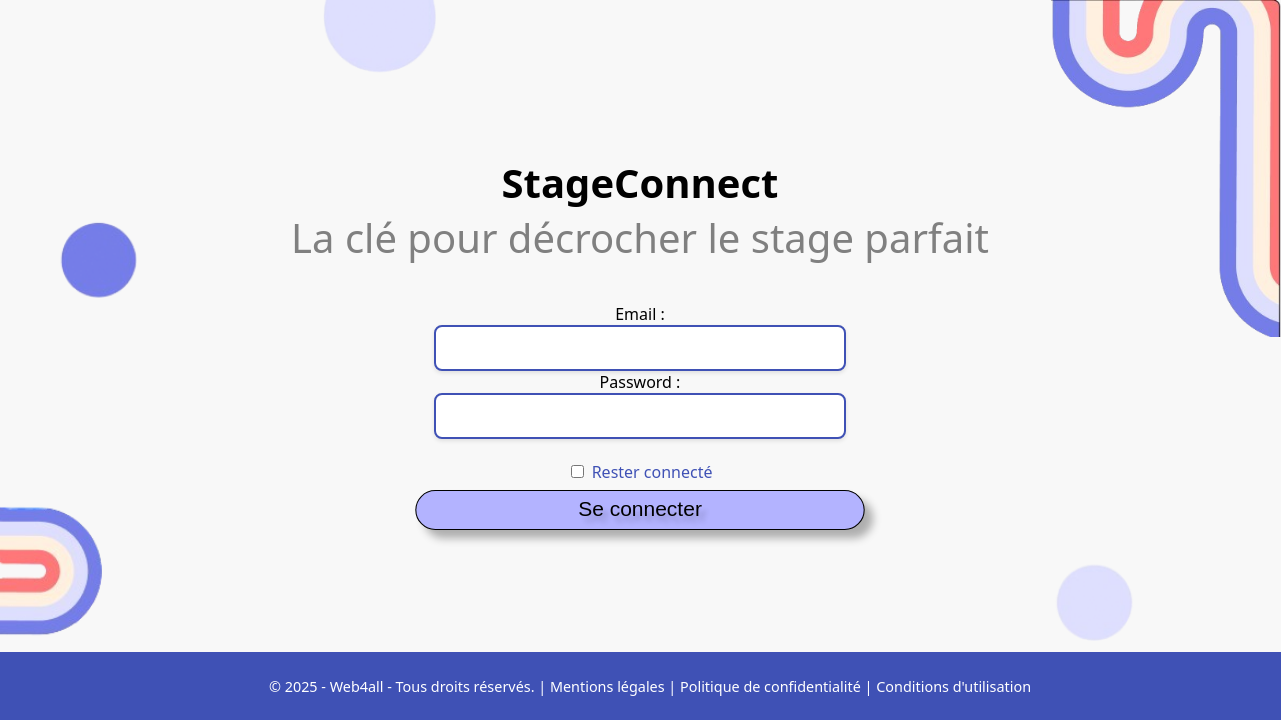
Repository: Guyllem/GroupeWeb
Page: pages/connexion.html
The author's editor kept a copy of each file at every save. The page is drawn from the files as they stood at one save, then again after the next save.
The browser window is 1280 px wide. The page is 1281 px wide, so the pictures cover 1281 px, including what lies to the right of the window. The pictures show the whole page.
The pointer rests on the first visible `.submit-btn`.

Above is the page before, as saved 2025-02-13 18:40:37.

After the next save:
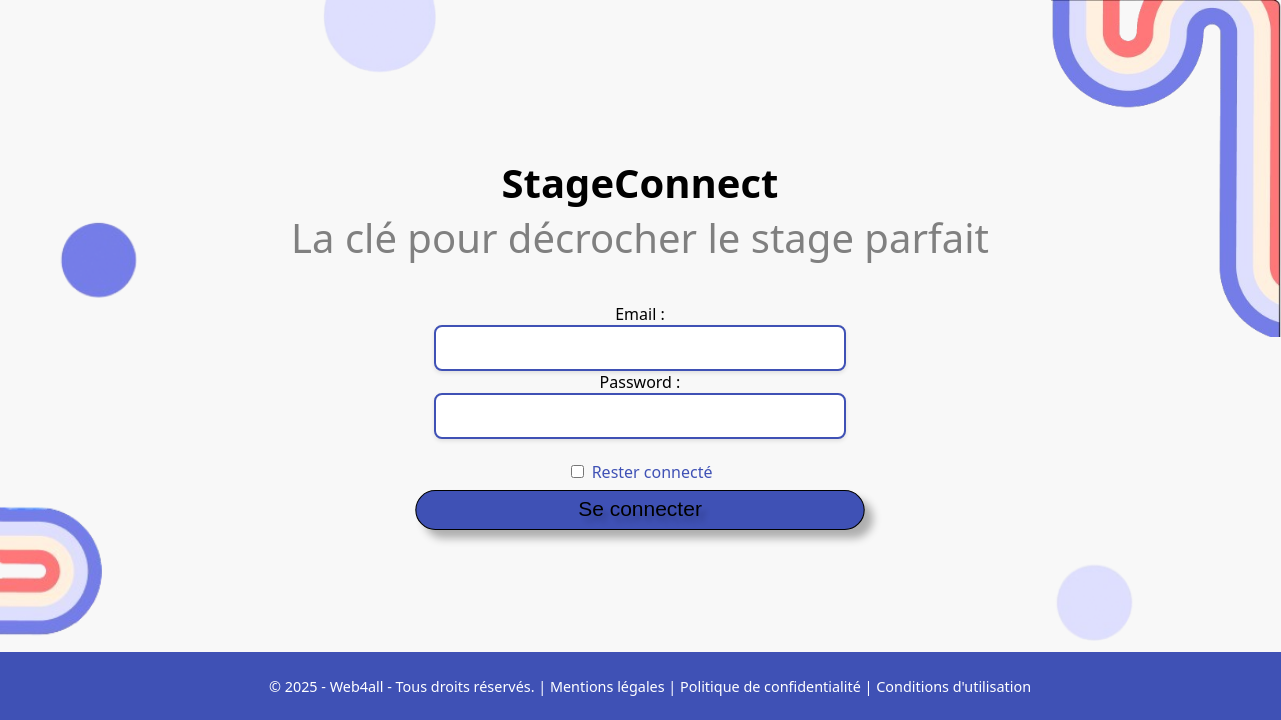
Saved 9 s later.
--- a/styles.css
+++ b/styles.css
@@ -118,7 +118,6 @@ footer a {
 }
 
 .submit-btn:hover {
-    background-color: #b3b3ff;
     transform: scale(1.05);
     box-shadow: 0.5rem 0.5rem 0.5rem rgba(0, 0, 0, 0.3);
 }
